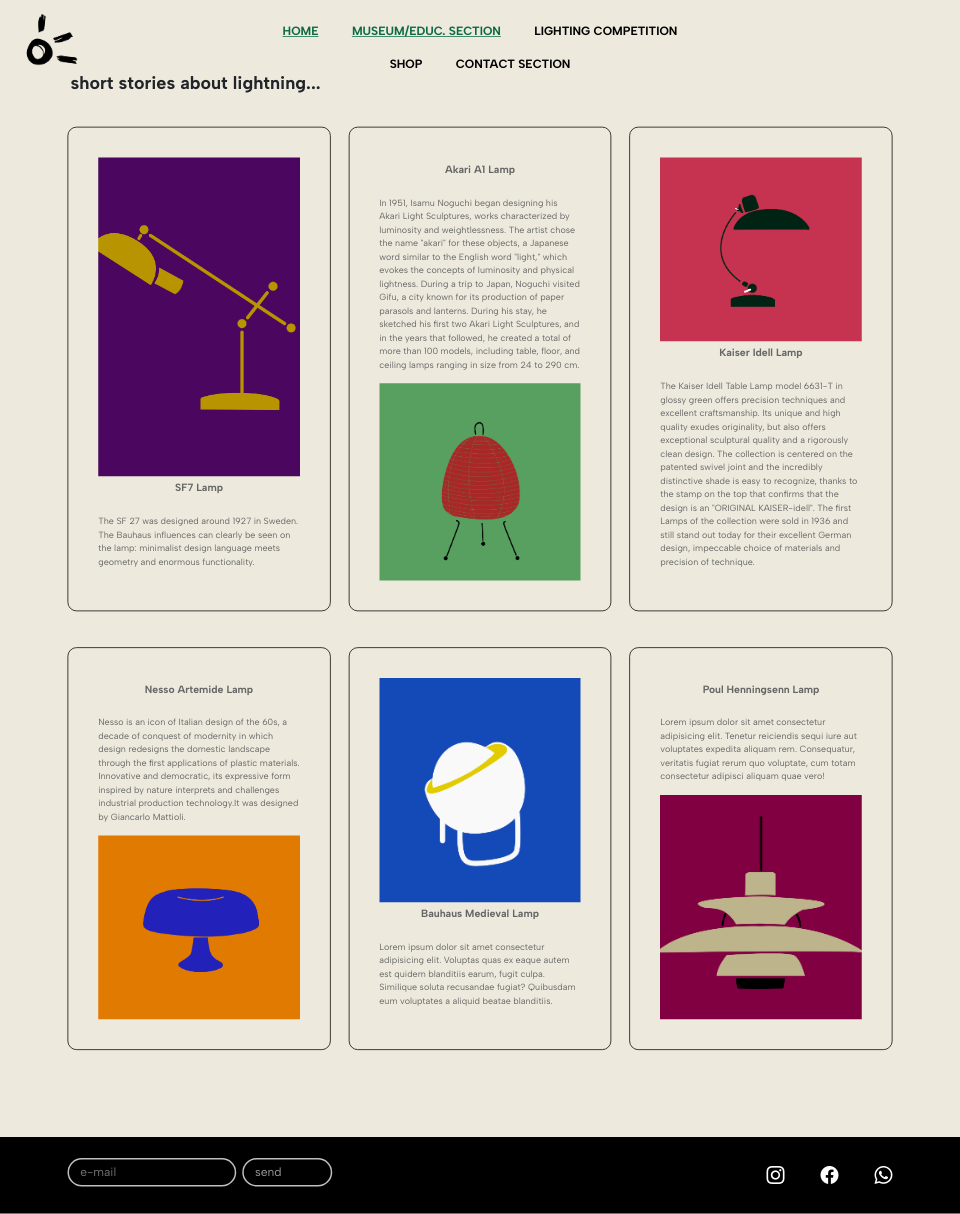
Repository: veronicamdiaz/Landing-Page-Practices
Page: museum-educational-section.html
These files come from the project's save history. The page is drawn as it stood at one moment and after the next save; the edit follows.
The browser window is 1280 px wide. The pictures show the whole page, at 75% of full size.

Above is the page before, as saved 2025-06-01 14:43:46.
Console error: TypeError: Cannot read properties of null (reading 'addEventListener')

After the next save:
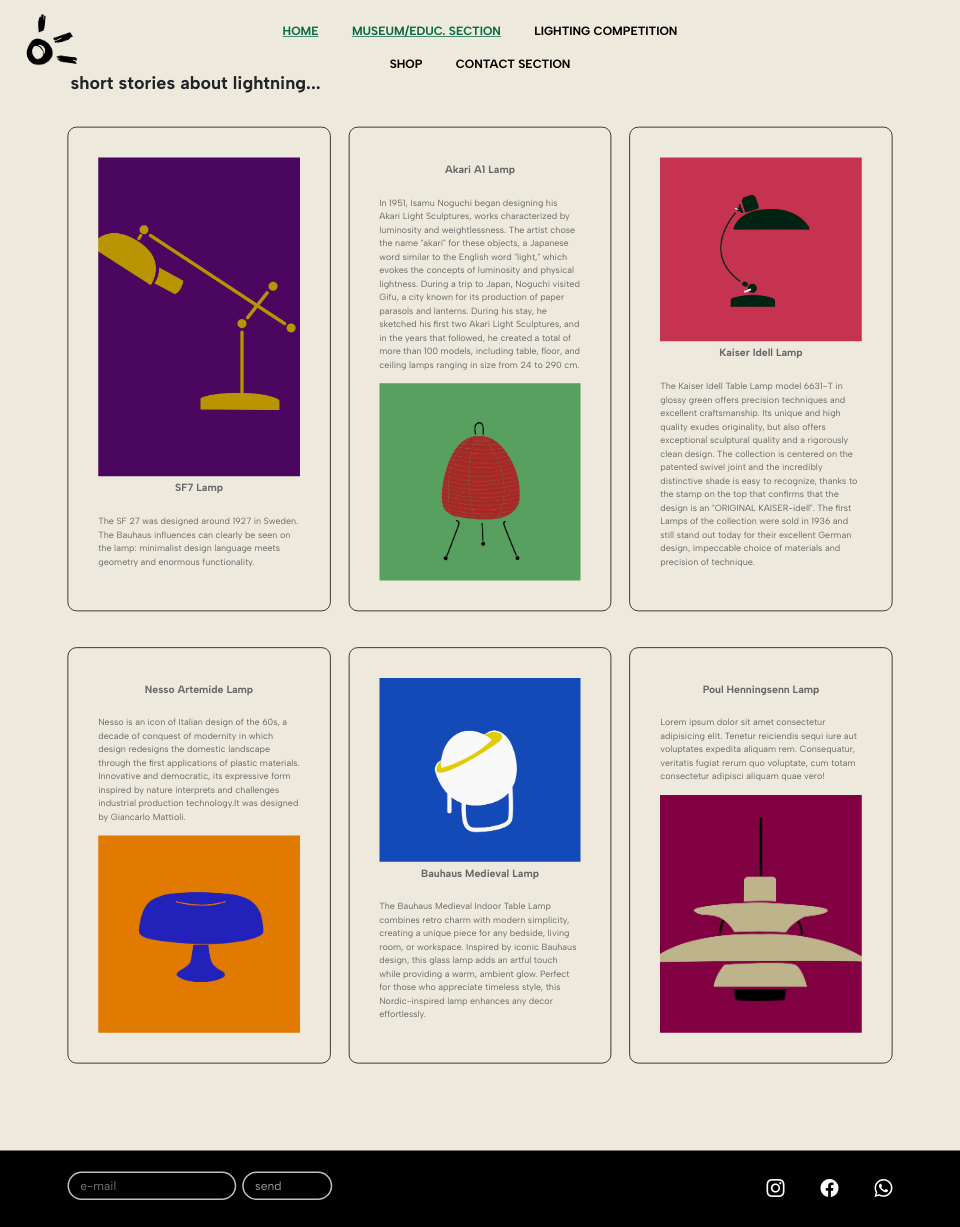
Saved 69 s later.
--- a/museum-educational-section.html
+++ b/museum-educational-section.html
@@ -74,7 +74,7 @@
             <div class="card bg-transparent">
                 <img src="/images/lights drawings2-04.jpg" alt="bauhaus-medieval-lamp" class="img-fluid">
                 <h3 class="pb-2 pt-2">Bauhaus Medieval Lamp</h3>
-                <p>Lorem ipsum dolor sit amet consectetur adipisicing elit. Voluptas quas ex eaque autem est quidem blanditiis earum, fugit culpa. Similique soluta recusandae fugiat? Quibusdam eum voluptates a aliquid beatae blanditiis.</p>
+                <p>The Bauhaus Medieval Indoor Table Lamp combines retro charm with modern simplicity, creating a unique piece for any bedside, living room, or workspace. Inspired by iconic Bauhaus design, this glass lamp adds an artful touch while providing a warm, ambient glow. Perfect for those who appreciate timeless style, this Nordic-inspired lamp enhances any decor effortlessly.</p>
             </div>
         </div>
         <div class="col-md-4 col-12 mb-5 p-6">
